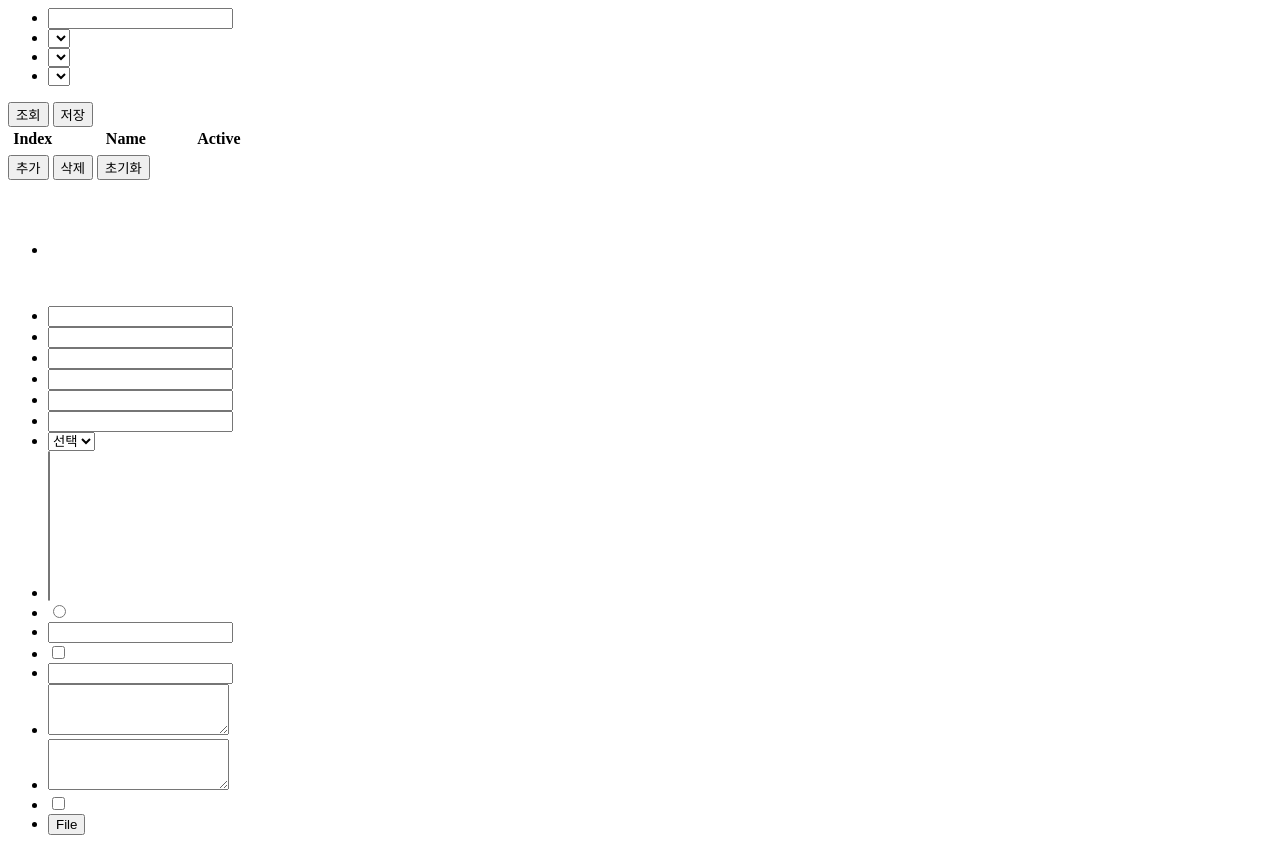
Repository: bbalganjjm/natural_js_boot
Page: src/main/resources/static/html/com/app/sample/type0401.html
The author's editor kept a copy of each file at every save. The page is drawn from the files as they stood at one save, then again after the next save.
The browser window is 1280 px wide. The pictures show the whole page.

Above is the page before, as saved 2021-03-18 17:29:26.
Console error: ReferenceError: N is not defined

### src/main/resources/static/html/com/app/sample/type0401.html
<article class="type0401">
    <div id="search" class="form__">
        <div class="criteria-panel">
            <ul>
                <li><input id="name" type="text" class="mdc-text-field" data-type="filled" data-label="Name"></li>
                <li><select id="age" class="mdc-njs-select" data-label="Age"><option value=""></option></select></li>
                <li><select id="gender" class="mdc-njs-select" data-label="Gender"><option value=""></option></select></li>
                <li><select id="eyeColor" class="mdc-njs-select" data-label="Eye Color"><option value=""></option></select></li>
            </ul>
        </div>
    </div>

    <div class="flex-horizental">
        <div style="max-width: 33%;">
            <div class="btn-panel">
                <button id="btnSearch" class="btn-search mdc-button mdc-button--raised" data-icon="youtube_searched_for">조회</button>
                <button id="btnSave" class="mdc-button" data-icon="save_alt">저장</button>
            </div>
            <table id="master" class="grid__">
                <colgroup>
                    <col style="width: 20%;">
                    <col style="width: 60%;">
                    <col style="width: 20%;">
                </colgroup>
                <thead>
                    <tr>
                        <th>Index</th>
                        <th>Name</th>
                        <th>Active</th>
                    </tr>
                </thead>
                <tbody>
                    <tr>
                        <td id="index" style="text-align: center;"></td>
                        <td id="name"></td>
                        <td id="isActive" style="text-align: center;"></td>
                    </tr>
                </tbody>
            </table>
        </div>

        <div>
            <div class="btn-panel">
                <button id="btnAdd" class="mdc-button" data-icon="playlist_add">추가</button>
                <button id="btnDelete" class="mdc-button" data-icon="delete_sweep">삭제</button>
                <button id="btnRevert" class="mdc-button" data-icon="restart_alt">초기화</button>
            </div>
            <ul id="detail" class="form__">
                <li>
                    <span rowspan="7" style="text-align: center; vertical-align: middle;">
                        <img id="picture" height="110">
                    </span>
                </li>
                <li>
                    <span><input id="name" type="text" data-validate='[["required"]]' class="mdc-text-field" data-type="filled" data-label="Name"></span>
                </li>
                <li>
                    <span>
                        <input id="deptNm" type="text" data-validate='[["required"]]' readonly="readonly" class="mdc-text-field" data-type="filled" data-label="Department Name" data-trailingicon="search">
                    </span>
                </li>
                <li>
                    <span><input id="email" type="text" data-validate='[["required"], ["email"]]' class="mdc-text-field" data-type="filled" data-label="Email"></span>
                </li>
                <li>
                    <span><input id="key" type="text" data-format='[["generic", "@@＊＊＊＊＊＊"]]' data-validate='[["required"]]' class="mdc-text-field" data-type="filled" data-label="Key"></span>
                </li>
                <li>
                    <span><input id="balance" type="text" data-format='[["numeric", "$#,###.##0"]]' data-validate='[["required"], ["number"]]' class="mdc-text-field" data-type="filled" data-label="Balance"></span>
                </li>
                <li>
                    <span><input id="phone" type="text" data-validate='[["required"]]' class="mdc-text-field" data-type="filled" data-label="Phone"></span>
                </li>
                <li>
                    <span><select id="eyeColor" data-validate='[["required"]]' class="mdc-njs-select" data-label="Eye Color"><option>선택</option></select></span>
                </li>
                <li>
                    <span rowspan="4">
                        <select id="company" multiple="multiple" data-validate='[["required"]]' style="height: 150px;"></select>
                    </span>
                </li>
                <li>
                    <span><input id="gender" type="radio"></span>
                </li>
                <li>
                    <span><input id="age" type="text" data-validate='[["required"], ["integer"]]' class="mdc-text-field" data-type="filled" data-label="Age"></span>
                </li>
                <li>
                    <span><input id="favoriteFruit" type="checkbox" data-validate='[["required"]]'></span>
                </li>
                <li>
                    <span><input id="registered" type="text" data-format='[["date", 8, "date"]]' data-validate='[["required"]]' class="mdc-text-field" data-type="filled" data-label="Registered"></span>
                </li>
                <li>
                    <span colspan="3"><textarea id="about" rows="3" data-validate='[["required"]]' class="mdc-text-field" title="About"></textarea></span>
                </li>
                <li>
                    <span colspan="3"><textarea id="greeting" rows="3" data-validate='[["required"]]' class="mdc-text-field" title="Greeting"></textarea></span>
                </li>
                <li>
                    <span colspan="3"><input id="isActive" type="checkbox"></span>
                </li>
                <li>
                    <span colspan="3"><button id="btnFile" class="mdc-button mdc-button--outlined" data-icon="file_present">File</button></span>
                </li>
            </ul>
        </div>
    </div>
</article>

<script type="text/javascript">
(function() {

    var cont = N(".type0401").cont({
        "p.select.gender" : [ "gender" ],
        "p.select.eyeColor" : [ "eyeColor" ],
        "p.select.company" : [ "company" ],
        "p.select.favoriteFruit" : [ "favoriteFruit" ],
        "p.select.age" : [ "c.getCommonCodeList", "age", "age", function(data) {
            return N(N.array.deduplicate(data, "age")).datasort("age");
        }],
        "p.form.search" : {
            "usage" : {
                "search-box" : {
                    "defaultButton" : ".btnSearch",
                    "events" : [{
                        "event" : "focusin",
                        "target" : "#name",
                        "handler" : function(e) {
                            N.log(e);
                        }
                    }]
                }
            }
        },
        "p.form.detail" : {
            revert : true,
            autoUnbind : true
        },
        "p.grid.master" : {
            height : 442,
            select : true,
            selectScroll : false,
            onSelect : function(index, rowEle, data, beforeRow, e) {
                // TODO 전처리

                APP.comm.utils.selectNBind.call(this, {
                    cont : cont,
                    form : "p.form.detail"
                });

                // 파일 요약 목록 생성
                if(data.length > 0) {
                    APP.comm.utils.getFileSummaryList(cont["p.form.detail"].val("fileId"), "fileName", 60, cont["e.btnFile.click"]);
                }

                // TODO 후처리
            },
            onBind : function(context, data, isFirstPage, isLastPage) {
                if(isFirstPage) {
                    this.select(0);
                }
            }
        },
        "p.popup.dept" : {
            url : "html/com/app/sample/type04P0.html",
            onOpen : "onOpen",
            onClose : function(onCloseData) {
                if (onCloseData) {
                    cont["p.form.detail"]
                    .val("deptNm", onCloseData.deptNm)
                    .val("deptCd", onCloseData.deptCd);
                }
            }
        },
        /**
         * 공통 파일 팝업.
         */
        "p.popup.file" : {
            onClose : function(onCloseData) {
                if(onCloseData) {
                    cont["p.form.detail"].val("fileId", onCloseData.fileId);

                	// 파일 요약 목록 생성
                    APP.comm.utils.createFileSummaryList(onCloseData.downloadList, "fileName", 60, cont["e.btnFile.click"]);
                }
            }
        },
        "c.getCommonCodeList" : function() {
            return N.comm("sample/getSampleList.json");
        },
        "c.getSampleList" : function() {
            return cont["p.form.search"].data(false).comm("sample/getSampleList.json");
        },
        "c.saveSample" : function() {
            return N(cont["p.grid.master"].data("modified")).comm({
                dataIsArray : true,dataIsArray : true, // Array 타입의 여러 행데이터가 1 개 일때는 자동으로 Object로 변환됩니다. 자동으로 변환되지 않게 하려면 dataIsArray 옵션을 true로 지정해 주세요.
                url : "sample/saveSample.json"
            });
        },
        "e.btnSearch.click" : function(e) {
            e.preventDefault();

            if (cont["p.form.search"].validate()) {
                cont["c.getSampleList"]().submit(function(data) {
                    // N.grid bind
                    cont["p.grid.master"].bind(data);
                });
            }
        },
        "e.deptNm.click" : function(e) {
            e.preventDefault();
            cont["p.popup.dept"].open(cont["p.form.detail"].data(true)[0]);
        },
        "e.btnSave.click" : function(e) {
            e.preventDefault();

            return APP.comm.utils.save.call(this, {
                cont : cont,
                comm : "c.saveSample",
                changed : "p.grid.master",
                validate : "p.form.detail",
                before : function() {
                    // TODO
                },
                after : function(data) {
                    cont["e.btnSearch.click"].click();
                }
            });
        },
        "e.btnAdd.click" : function(e) {
            e.preventDefault();

            if (cont["p.form.detail"].validate()) {
                cont["p.form.detail"].add();
            }
        },
        "e.btnDelete.click" : function(e) {
            e.preventDefault();

            cont["p.form.detail"].remove();
        },
        "e.btnRevert.click" : function(e) {
            e.preventDefault();

            if (cont["p.grid.master"].data("modified").length === 0) {
                N(window).alert(N.message.get(APP.comm.messages, "COMM-0001")).show();
                return false;
            }

            cont["p.form.detail"].revert();
        },
        "e.btnFile.click" : function(e) {
            e.preventDefault();

            cont["p.popup.file"].open(cont["p.form.detail"].val("fileId"));
        },
        init : function(view, request) {
			// cont.opener는 탭이 포함된 부모페이지의 Controller Object.
            if(cont.opener) {
                cont["p.form.search"].context().hide().prev("h3").hide().prev(".view-intro").hide();
				// 부모 페이지 컨트롤러의 검색 버튼 클릭
                cont.opener["e.btnSearch.click"].click();
            } else {
                cont["e.btnSearch.click"].click();
            }
        }
    });

})();
</script>

After the next save:
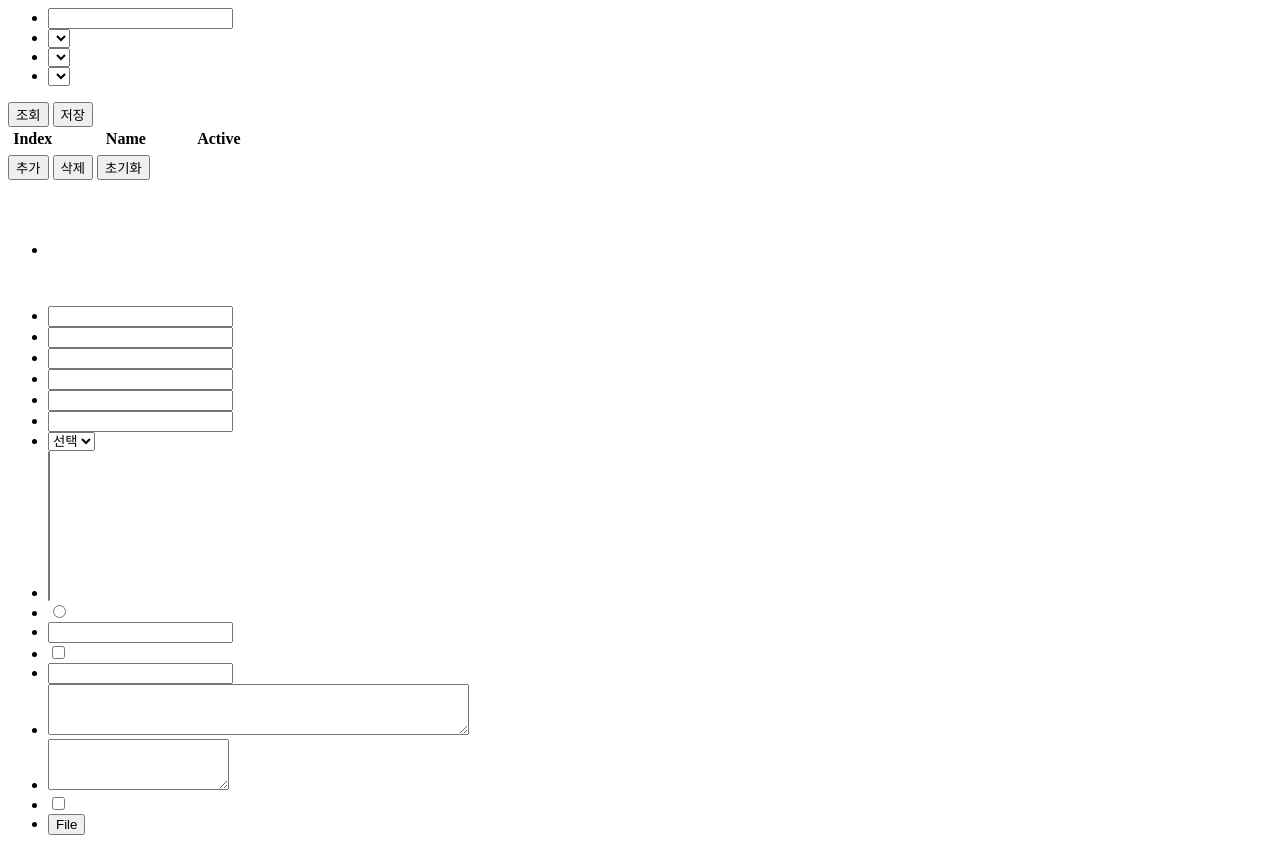
Saved 25 s later.
--- a/src/main/resources/static/html/com/app/sample/type0401.html
+++ b/src/main/resources/static/html/com/app/sample/type0401.html
@@ -92,7 +92,7 @@
                     <span><input id="registered" type="text" data-format='[["date", 8, "date"]]' data-validate='[["required"]]' class="mdc-text-field" data-type="filled" data-label="Registered"></span>
                 </li>
                 <li>
-                    <span colspan="3"><textarea id="about" rows="3" data-validate='[["required"]]' class="mdc-text-field" title="About"></textarea></span>
+                    <span colspan="3"><textarea id="about" rows="3" cols="50" data-validate='[["required"]]' class="mdc-text-field" title="About"></textarea></span>
                 </li>
                 <li>
                     <span colspan="3"><textarea id="greeting" rows="3" data-validate='[["required"]]' class="mdc-text-field" title="Greeting"></textarea></span>
